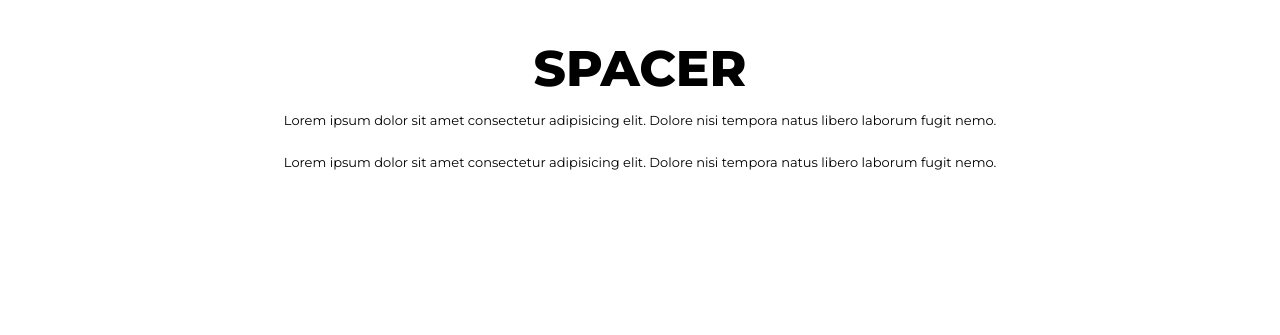
Repository: Trelefele/spacer-roman
Page: /
The author's editor kept a copy of each file at every save. The page is drawn from the files as they stood at one save, then again after the next save.
The browser window is 1280 px wide. The pictures show the whole page.
The project was rebuilt for these pictures with package versions that can differ from the ones it lists, and the page was loaded fresh each time.

Above is the page before, as saved 2019-02-03 19:13:16.

### public/index.html
<!DOCTYPE html>
<html lang="en">
  <head>
    <meta charset="utf-8">
    <meta http-equiv="X-UA-Compatible" content="IE=edge">
    <meta name="viewport" content="width=device-width,initial-scale=1.0">
    <link rel="icon" href="<%= BASE_URL %>favicon.ico">
    <!-- <script src="https://unpkg.com/axios/dist/axios.min.js"></script> -->
    <title>spacer-roman</title>
  </head>
  <body>
    <noscript>
      <strong>We're sorry but spacer-roman doesn't work properly without JavaScript enabled. Please enable it to continue.</strong>
    </noscript>
    <div id="app"></div>
    <!-- built files will be auto injected -->
  </body>
</html>

### src/App.vue
<template>
  <div class="app">
    <router-view/>
  </div>
</template>

<style lang="scss" scoped >
@import url('https://fonts.googleapis.com/css?family=Montserrat:300,400,600,800');

* {
  box-sizing: border-box;
  font-family: 'Montserrat', sans-serif;
}

</style>

### src/router.js
import Vue from 'vue';
import Router from 'vue-router';
// import Claim from './components/Claim.vue';
import Search from './views/Search.vue';
// import SearchInput from './components/SearchInput.vue';


Vue.use(Router);

export default new Router({
//   mode: 'history',
//   base: process.env.BASE_URL,
  routes: [
    {
      path: '/',
      name: 'Search',
      component: Search,
    },
  ],
});

### src/views/Search.vue
<template>
  <div class="searchWrapper">
    <Claim/>
    <SearchInput/>
  </div>
</template>

<script>
import axios from 'axios';
import debounce from 'lodash.debounce';
import Claim from '@/components/Claim.vue';
import SearchInput from '@/components/SearchInput.vue';

const API = 'https://images-api.nasa.gov/search';

export default {
  name: 'Search',
  components: {
    Claim,
    SearchInput,
  },
  data() {
    return {
      searchValue: '',
      results: [],
    };
  },
  methods: {
    // eslint-disable-next-line
    handleInput: debounce(function(){
      axios.get(`${API}?q=${this.searchValue}&media_type=image`)
        .then((response) => {
          // this.results = response.data.collection.items;
          this.results = response.data.collection.items;
        })
        .catch((error) => {
          console.log(error);
        });
    }, 500),
  },
};
</script>

<style lang="scss" scoped>
    .searchWrapper {
        display: flex;
        flex-direction: column;
        align-items: center;
        margin: 0;
        padding: 30px;
        width: 100%
    }
</style>

### src/components/Claim.vue
<template>
    <div class="claimWrapper">
        <h1 class="claim">SPACER</h1>
        <p class="subclaim">
            Lorem ipsum dolor sit amet consectetur adipisicing elit.
            Dolore nisi tempora natus libero laborum fugit nemo.
        </p>
        <p class="subclaim">
            Lorem ipsum dolor sit amet consectetur adipisicing elit.
            Dolore nisi tempora natus libero laborum fugit nemo.
        </p>
    </div>
</template>

<script>

export default {
  name: 'Claim',
};

</script>

<style lang="scss" scoped>

* {
  box-sizing: border-box;
  -webkit-font-smoothing: antialiased;
  -moz-osx-font-smoothing: grayscale;
}


.claimWrapper{
    display: flex;
    flex-direction: column;
    justify-content: center;
    align-items: center;
}

.claim{
    font-size: 50px;
    margin: 0;
}

.subclaim{
    padding-top:  0 0 0;
    font-size: 13px;
}
</style>

### src/components/SearchInput.vue
<template>
  <input
    id="search"
    name="search"
    :class="{ dark }"
    @input="handleChange"
  />
</template>
<script>
export default {
  name: 'SearchInput',
  props: {
    // value: {
    //   type: String,
    //   required: true,
    // },
    dark: {
      type: Boolean,
      default: false,
    },
  },
  methods: {
    handleChange(e) {
      this.$emit('input', e.target.value);
    },
  },
};
</script>
<style lang="scss" scoped>
  input {
    margin-top: 50px;
    display: flex;
    width: 250px;
    color: white;
    text-align: center;
    font-size: 18px;
    font-weight: 300;
    height: 30px;
    border: 0;
    background: none;
    border-bottom: 1px solid white;
    transition: box-shadow .3s ease-out;

    @media (min-width: 1024px) {
      font-weight: 400;
    }
  }

  input:focus {
    outline: none;
    box-shadow: 0 10px 20px -8px rgba(255,255,255, .5);
  }

  .dark {
    color: #1e3d4a;
    border-bottom-color: #1e3d4a;
  }

  .dark:focus {
    box-shadow: 0 10px 20px -8px rgba(#1e3d4a, .2);
  }
</style>

Loaded but not shown: src/main.js (common file)

After the next save:
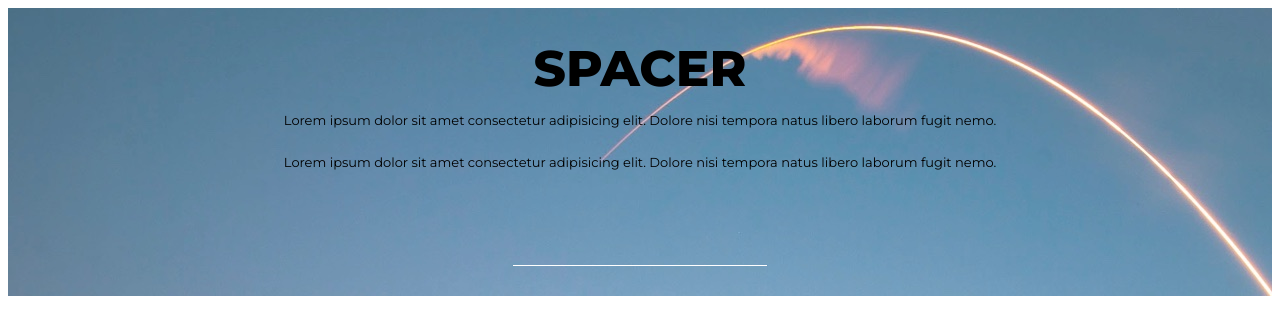
Saved 4 min 7 s later.
--- a/src/views/Search.vue
+++ b/src/views/Search.vue
@@ -48,6 +48,7 @@ export default {
         align-items: center;
         margin: 0;
         padding: 30px;
-        width: 100%
+        width: 100%;
+        background-image: url('../assets/heroimage.jpg');
     }
 </style>
